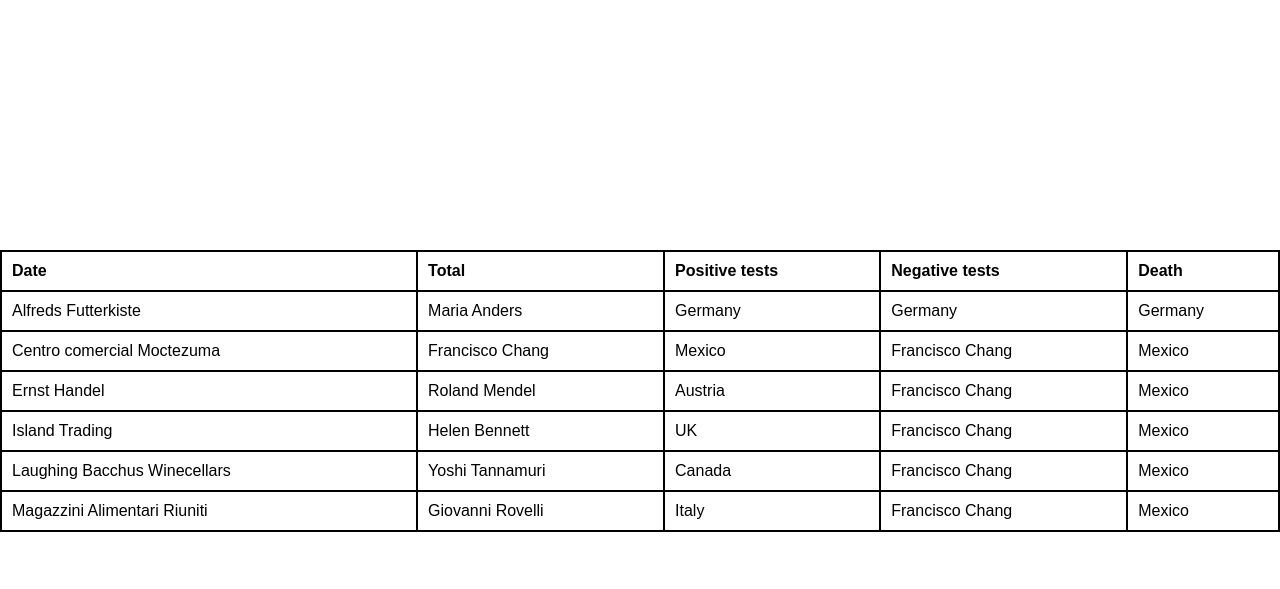
Repository: Seryozha02/ApiRequests
Page: index.html
An editor plug-in stored every save of this project. The page is shown before and after a run of saves, followed by the edit.
The browser window is 1280 px wide. The pictures show the whole page.

Above is the page before, as saved 2022-09-22 21:40:35.

### index.html
<!DOCTYPE html>
<html lang="en">
<head>
    <meta charset="UTF-8">
    <meta http-equiv="X-UA-Compatible" content="IE=edge">
    <meta name="viewport" content="width=device-width, initial-scale=1.0">
    <title>Request's</title>
    <link rel="stylesheet" href="style.css">
</head>
<body>
    <table class="requests">
        <th>Date</th>
        <th>Total</th>
        <th>Positive tests</th>
        <th>Negative tests</th>
        <th>Death</th>
        <tr>
          <td>Alfreds Futterkiste</td>
          <td>Maria Anders</td>
          <td>Germany</td>
          <td>Germany</td>
          <td>Germany</td>
        </tr>
        <tr>
          <td>Centro comercial Moctezuma</td>
          <td>Francisco Chang</td>
          <td>Mexico</td>
          <td>Francisco Chang</td>
          <td>Mexico</td>
        </tr>
        <tr>
          <td>Ernst Handel</td>
          <td>Roland Mendel</td>
          <td>Austria</td>
          <td>Francisco Chang</td>
          <td>Mexico</td>
        </tr>
        <tr>
          <td>Island Trading</td>
          <td>Helen Bennett</td>
          <td>UK</td>
          <td>Francisco Chang</td>
          <td>Mexico</td>
        </tr>
        <tr>
          <td>Laughing Bacchus Winecellars</td>
          <td>Yoshi Tannamuri</td>
          <td>Canada</td>
          <td>Francisco Chang</td>
          <td>Mexico</td>
        </tr>
        <tr>
          <td>Magazzini Alimentari Riuniti</td>
          <td>Giovanni Rovelli</td>
          <td>Italy</td>
          <td>Francisco Chang</td>
          <td>Mexico</td>
        </tr>
      </table>
</body>
<script src="script.js"></script>
</html>

### style.css
* {
        margin: 0;
        padding: 0;
        box-sizing: border-box;
}

.requests {
    font-family: arial, sans-serif;
    border-collapse: collapse;
    width: 100%;
    margin-top: 250px;
  }

  td, th {
    border: 2px solid black;
    text-align: left;
    padding: 10px;
  }

Loaded but not shown: script.js (no copy from this time; the picture is the same without it)

After the next 2 saves:
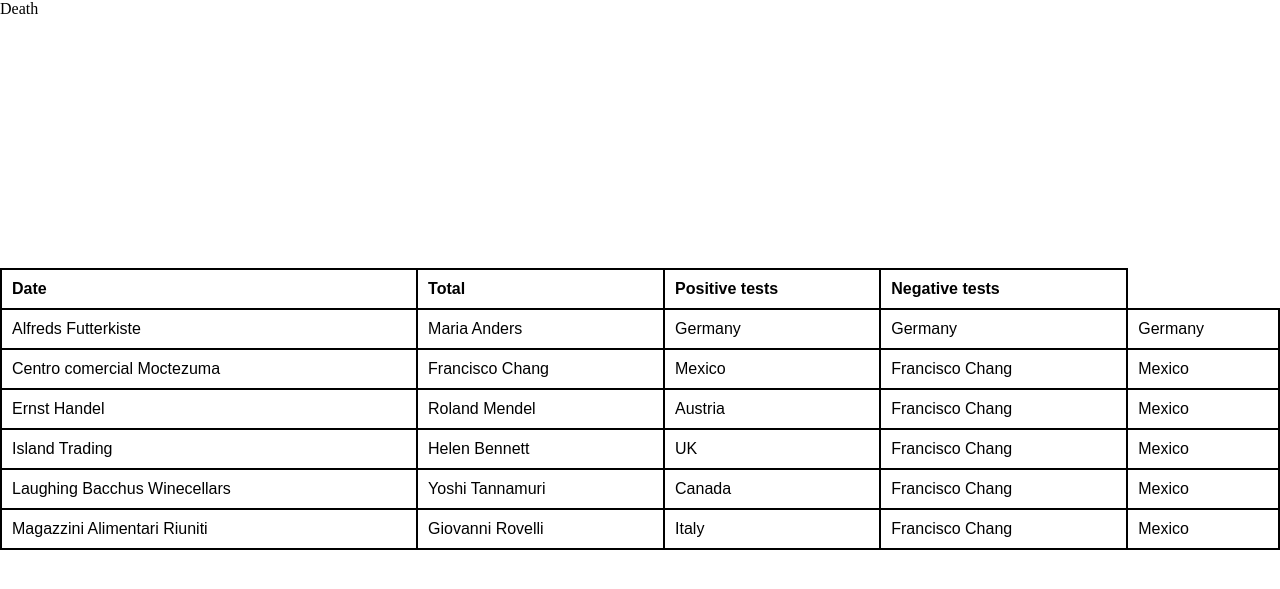
The 2 saves are shown as one change because they came seconds apart.
The last was saved 51 s later.
--- a/index.html
+++ b/index.html
@@ -13,7 +13,7 @@
         <th>Total</th>
         <th>Positive tests</th>
         <th>Negative tests</th>
-        <th>Death</th>
+        <tr>Death</tr>
         <tr>
           <td>Alfreds Futterkiste</td>
           <td>Maria Anders</td>

After the 2 saves that followed:
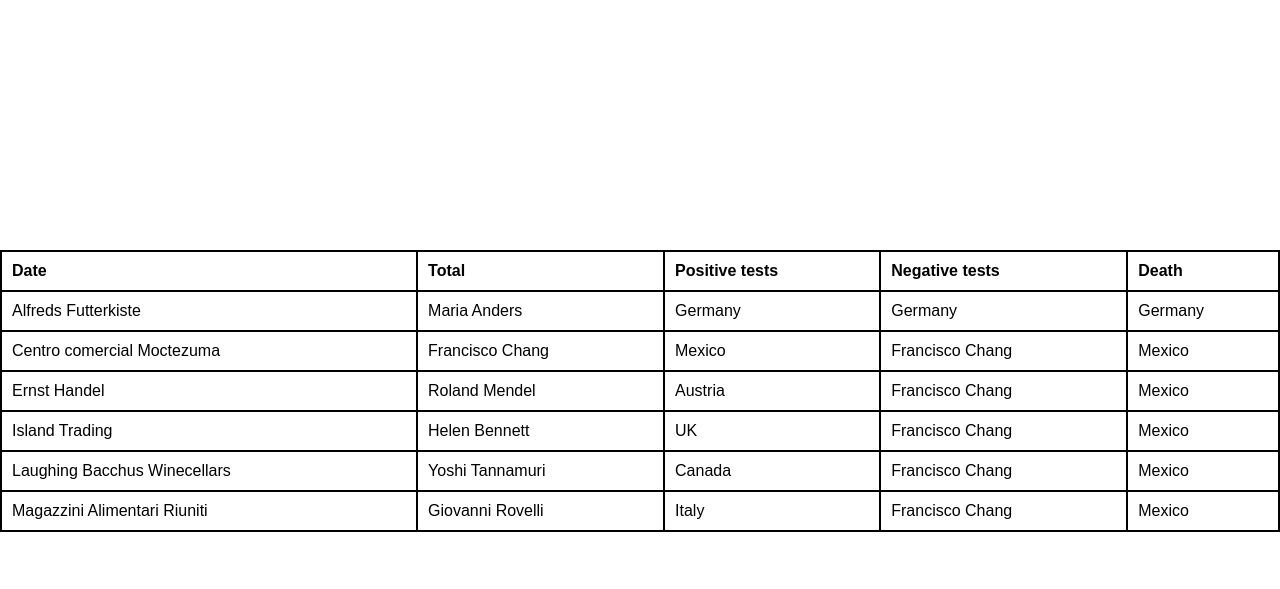
The 2 saves are shown as one change because they came seconds apart.
The last was saved 10 s later.
--- a/index.html
+++ b/index.html
@@ -13,7 +13,7 @@
         <th>Total</th>
         <th>Positive tests</th>
         <th>Negative tests</th>
-        <tr>Death</tr>
+        <th>Death</th>
         <tr>
           <td>Alfreds Futterkiste</td>
           <td>Maria Anders</td>
